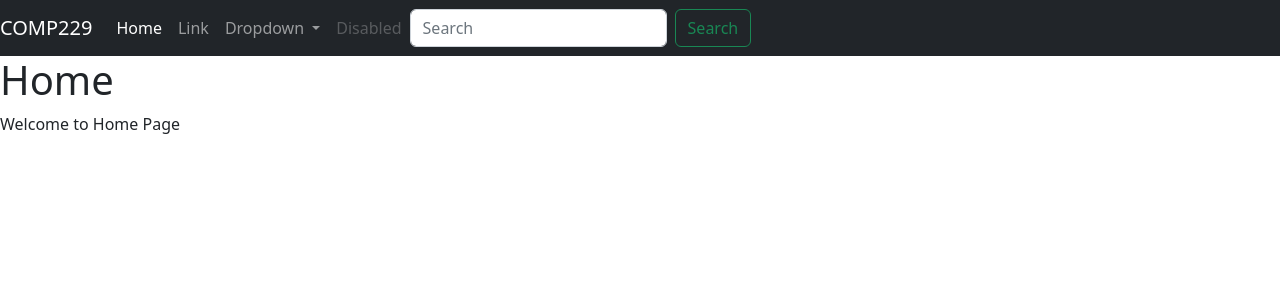
Repository: kaletejas/COMP229_Portfolio
Page: http://localhost/
An editor plug-in stored every save of this project. The page is shown before and after a run of saves, followed by the edit.
The browser window is 1280 px wide. The pictures show the whole page.
The page is served by the project's Node server (server.js). Other server files are loaded and not shown.

Above is the page before, as saved 2023-01-25 20:48:23.

### WEEK3/views/index.ejs
<!DOCTYPE html>
<html lang="en">
<head>
  <meta charset="UTF-8">
  <meta http-equiv="X-UA-Compatible" content="IE=edge">
  <meta name="viewport" content="width=device-width, initial-scale=1.0">
  <title><%= title %></title>
  <!--css section-->
  <link rel="stylesheet" href="/bootstrap/dist/css/bootstrap.min.css"/>
  <link rel="stylesheet" href="/@fortawesome/fontawesome-free/css/all.min.css"/>
  <link rel='stylesheet' href='/Content/app.css' />
</head>
<body>
  <!--Main nav Navigation-->
  <nav class="navbar navbar-expand-lg navbar-dark bg-dark">
  <!--div class="container-fluid"-->
    <a class="navbar-brand" href="#">COMP229</a>
    <button class="navbar-toggler" type="button" data-toggle="collapse" data-target="#navbarSupportedContent" aria-controls="navbarSupportedContent" aria-expanded="false" aria-label="Toggle navigation">
      <span class="navbar-toggler-icon"></span>
    </button>
    <div class="collapse navbar-collapse" id="navbarSupportedContent">
      <ul class="navbar-nav ml-auto">
        <li class="nav-item">
          <a class="nav-link active" aria-current="page" href="/home">Home</a>
        </li>
        <li class="nav-item">
          <a class="nav-link" href="#">Link</a>
        </li>
        <li class="nav-item dropdown">
          <a class="nav-link dropdown-toggle" href="#" role="button" data-bs-toggle="dropdown" aria-expanded="false">
            Dropdown
          </a>
          <ul class="dropdown-menu">
            <li><a class="dropdown-item" href="#">Action</a></li>
            <li><a class="dropdown-item" href="#">Another action</a></li>
            <li><hr class="dropdown-divider"></li>
            <li><a class="dropdown-item" href="#">Something else here</a></li>
          </ul>
        </li>
        <li class="nav-item">
          <a class="nav-link disabled">Disabled</a>
        </li>
      </ul>
      <form class="d-flex" role="search">
        <input class="form-control me-2" type="search" placeholder="Search" aria-label="Search">
        <button class="btn btn-outline-success" type="submit">Search</button>
      </form>
    </div>
  </!--div>
</nav>
  <h1><%= title %></h1>
  <p>Welcome to <%= title %> Page</p>
  <!--script section-->
  <script src="/jquery/dist/jquery.min.js"></script>
   <script src="/Scripts/app.js"></script>
</body>
</html>





<!--<!DOCTYPE html>
<html>
  <head>


  </head>
  <body>

    <p>Welcome to <%= title %></p>

  </body>
</html>-->

### WEEK3/server.js
#!/usr/bin/env node

/**
 * Module dependencies.
 */

var app = require('./app');
var debug = require('debug')('week3:server');
var http = require('http');

/**
 * Get port from environment and store in Express.
 */

var port = normalizePort(process.env.PORT || '3000');
app.set('port', port);

/**
 * Create HTTP server.
 */

var server = http.createServer(app);

/**
 * Listen on provided port, on all network interfaces.
 */

server.listen(port);
server.on('error', onError);
server.on('listening', onListening);

/**
 * Normalize a port into a number, string, or false.
 */

function normalizePort(val) {
  var port = parseInt(val, 10);

  if (isNaN(port)) {
    // named pipe
    return val;
  }

  if (port >= 0) {
    // port number
    return port;
  }

  return false;
}

/**
 * Event listener for HTTP server "error" event.
 */

function onError(error) {
  if (error.syscall !== 'listen') {
    throw error;
  }

  var bind = typeof port === 'string'
    ? 'Pipe ' + port
    : 'Port ' + port;

  // handle specific listen errors with friendly messages
  switch (error.code) {
    case 'EACCES':
      console.error(bind + ' requires elevated privileges');
      process.exit(1);
      break;
    case 'EADDRINUSE':
      console.error(bind + ' is already in use');
      process.exit(1);
      break;
    default:
      throw error;
  }
}

/**
 * Event listener for HTTP server "listening" event.
 */

function onListening() {
  var addr = server.address();
  var bind = typeof addr === 'string'
    ? 'pipe ' + addr
    : 'port ' + addr.port;
  debug('Listening on ' + bind);
}

### WEEK3/routes/index.js
var express = require('express');
var router = express.Router();

/* GET home page. */
router.get('/', function(req, res, next) {
  res.render('index', { title: 'Home' });
});
router.get('/home', function(req, res, next) {
  res.render('index', { title: 'Home' });
});
router.get('/about', function(req, res, next) {
  res.render('index', { title: 'About' });
});
router.get('/proucts', function(req, res, next) {
  res.render('index', { title: 'Products' });
});
router.get('/services', function(req, res, next) {
  res.render('index', { title: 'Services' });
});

router.get('/contact', function(req, res, next) {
  res.render('index', { title: 'Contact' });
});

module.exports = router;

### WEEK3/app.js
var createError = require('http-errors');
var express = require('express');
var path = require('path');
var cookieParser = require('cookie-parser');
var logger = require('morgan');

var indexRouter = require('./routes/index');
var usersRouter = require('./routes/users');

var app = express();

// view engine setup
app.set('views', path.join(__dirname, 'views'));
app.set('view engine', 'ejs');

app.use(logger('dev'));
app.use(express.json());
app.use(express.urlencoded({ extended: false }));
app.use(cookieParser());
app.use(express.static(path.join(__dirname, 'public')));
app.use(express.static(path.join(__dirname, 'node_modules')));

app.use('/', indexRouter);
app.use('/users', usersRouter);

// catch 404 and forward to error handler
app.use(function(req, res, next) {
  next(createError(404));
});

// error handler
app.use(function(err, req, res, next) {
  // set locals, only providing error in development
  res.locals.message = err.message;
  res.locals.error = req.app.get('env') === 'development' ? err : {};

  // render the error page
  res.status(err.status || 500);
  res.render('error');
});

module.exports = app;

### WEEK3/public/Content/app.css
/*custom css goes here*/

### WEEK3/public/Scripts/app.js
(function () {
    function start() {
        console.log("App Started...");
    }
    window.addEventListener("load", start);
})();

After the next 6 saves:
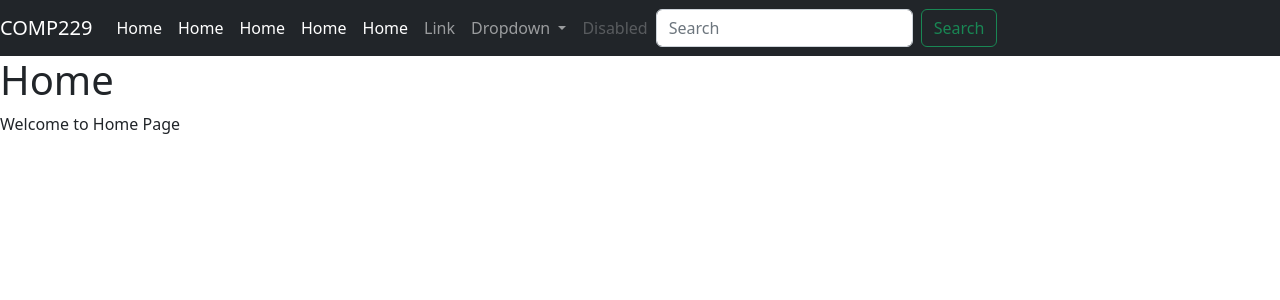
The 6 saves are shown as one change because they came seconds apart.
The last was saved 111 s later.
--- a/WEEK3/views/index.ejs
+++ b/WEEK3/views/index.ejs
@@ -20,6 +20,19 @@
     </button>
     <div class="collapse navbar-collapse" id="navbarSupportedContent">
       <ul class="navbar-nav ml-auto">
+        <li class="nav-item">
+          <a class="nav-link active" aria-current="page" href="/home">Home</a>
+        </li>
+
+        <li class="nav-item">
+          <a class="nav-link active" aria-current="page" href="/home">Home</a>
+        </li>
+        <li class="nav-item">
+          <a class="nav-link active" aria-current="page" href="/home">Home</a>
+        </li>
+        <li class="nav-item">
+          <a class="nav-link active" aria-current="page" href="/home">Home</a>
+        </li>
         <li class="nav-item">
           <a class="nav-link active" aria-current="page" href="/home">Home</a>
         </li>
